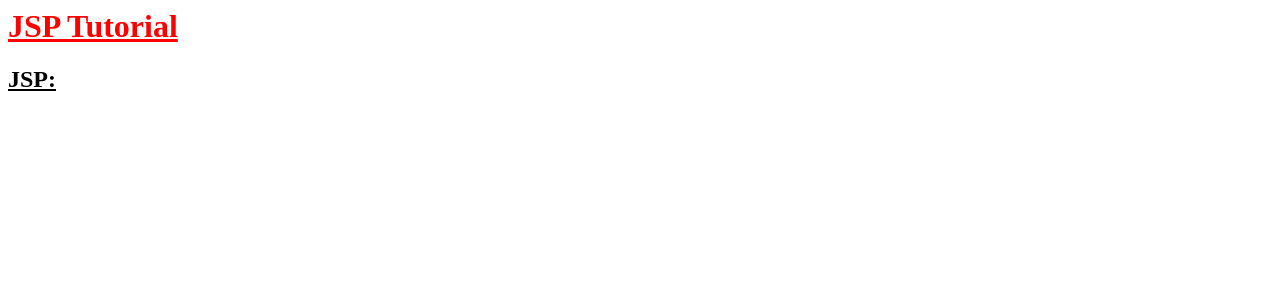
Repository: venugopalakrishnamylavarapu/Naresh-It-Full-Stack-java-Developer
Page: http://localhost/JSP/page1.jsp
The author's editor kept a copy of each file at every save. The page is drawn from the files as they stood at one save, then again after the next save.
The browser window is 1280 px wide. The pictures show the whole page.
The page is served by Tomcat 9. Other server files are loaded and not shown.

Above is the page before, as saved 2023-03-14 14:28:28.

### Advanced Java/Coding/JSP/src/main/webapp/page1.jsp
<html>
<body>
<jsp:include page="header.jsp"/>
<h2><u>JSP:</u></h2>
</body>
</html>

### Advanced Java/Coding/JSP/src/main/webapp/header.jsp
<html>
<body>
<font color=red>
<h1><u><%="JSP Tutorial" %></u></h1>
</font>
</body>
</html>

After the next save:
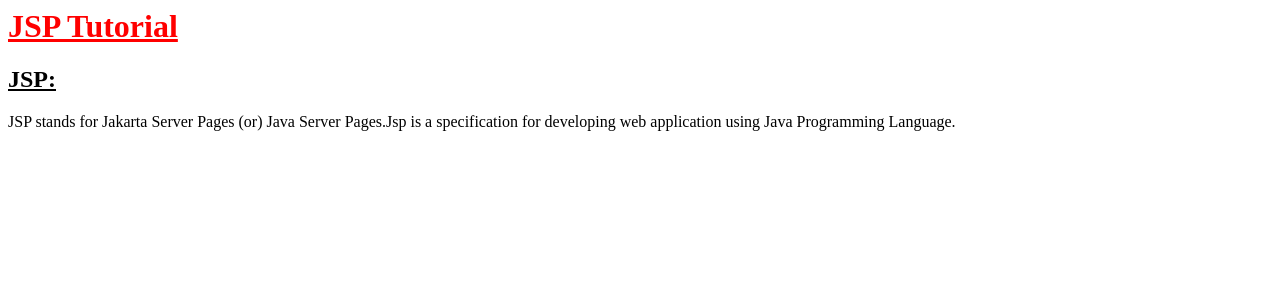
Saved 76 s later.
--- a/Advanced Java/Coding/JSP/src/main/webapp/page1.jsp
+++ b/Advanced Java/Coding/JSP/src/main/webapp/page1.jsp
@@ -2,5 +2,6 @@
 <body>
 <jsp:include page="header.jsp"/>
 <h2><u>JSP:</u></h2>
+<%="JSP stands for Jakarta Server Pages (or) Java Server Pages.Jsp is a specification for developing web application using Java Programming Language." %>
 </body>
 </html>
